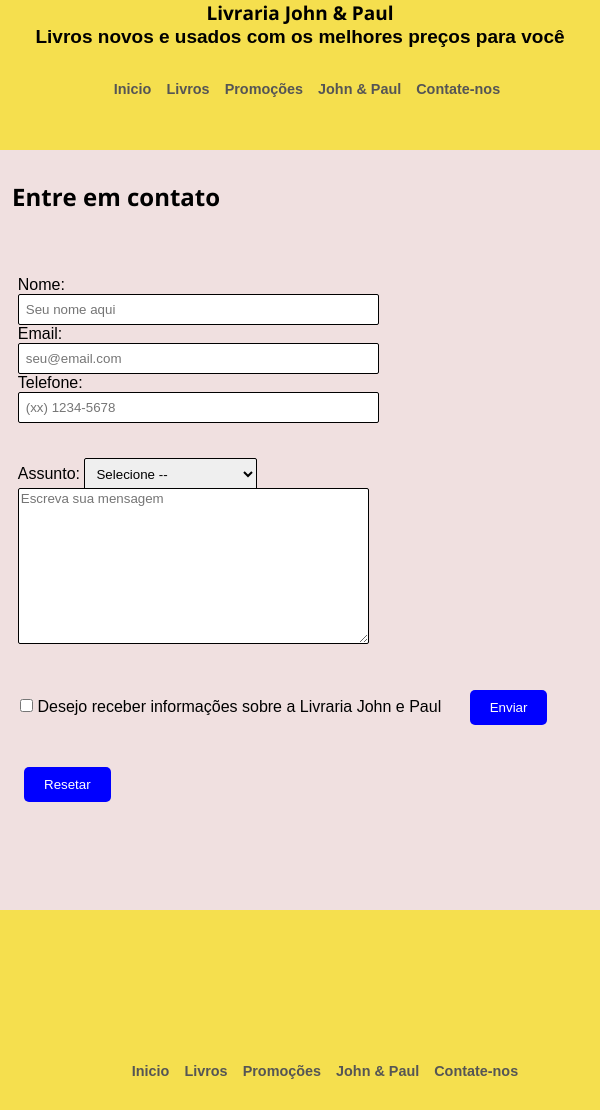
Repository: MarcoantonioCaldeira/Site-livraria-John-e-Paul
Page: contato.html
These files come from the project's save history. The page is drawn as it stood at one moment and after the next save; the edit follows.
The browser window is 600 px wide. The pictures show the whole page.

Above is the page before, as saved 2022-09-25 22:07:15.

After the next save:
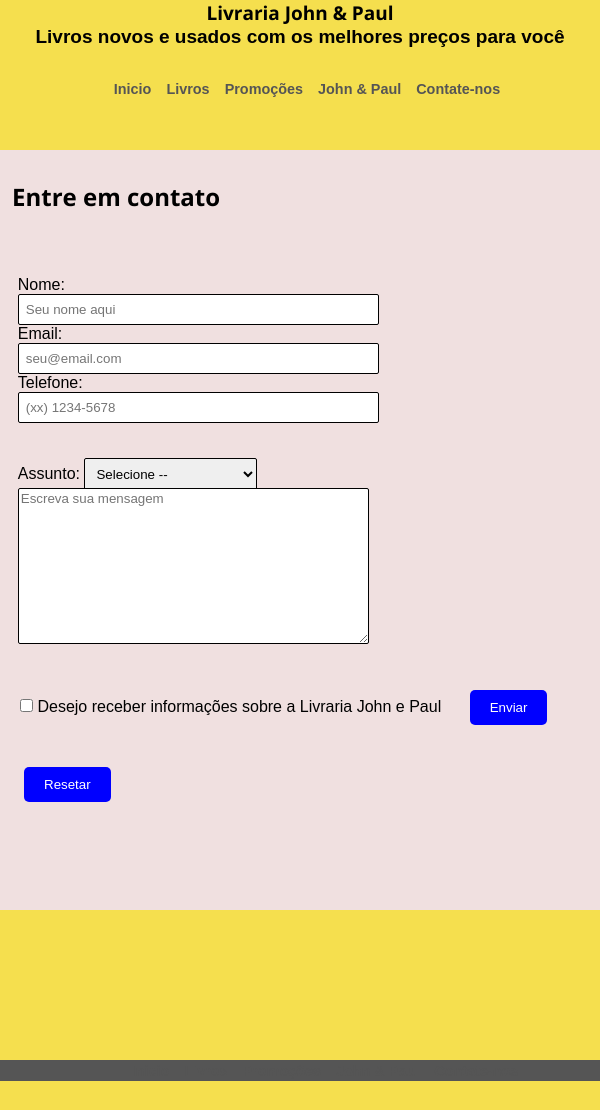
Saved 64 s later.
--- a/css/estilo.css
+++ b/css/estilo.css
@@ -389,6 +389,10 @@ form div{
       margin-left: 2%;
    }
 
+   .ul_rodape{
+      background-color: #555;
+   }
+
    p{
       margin-top: -2%;
    }
